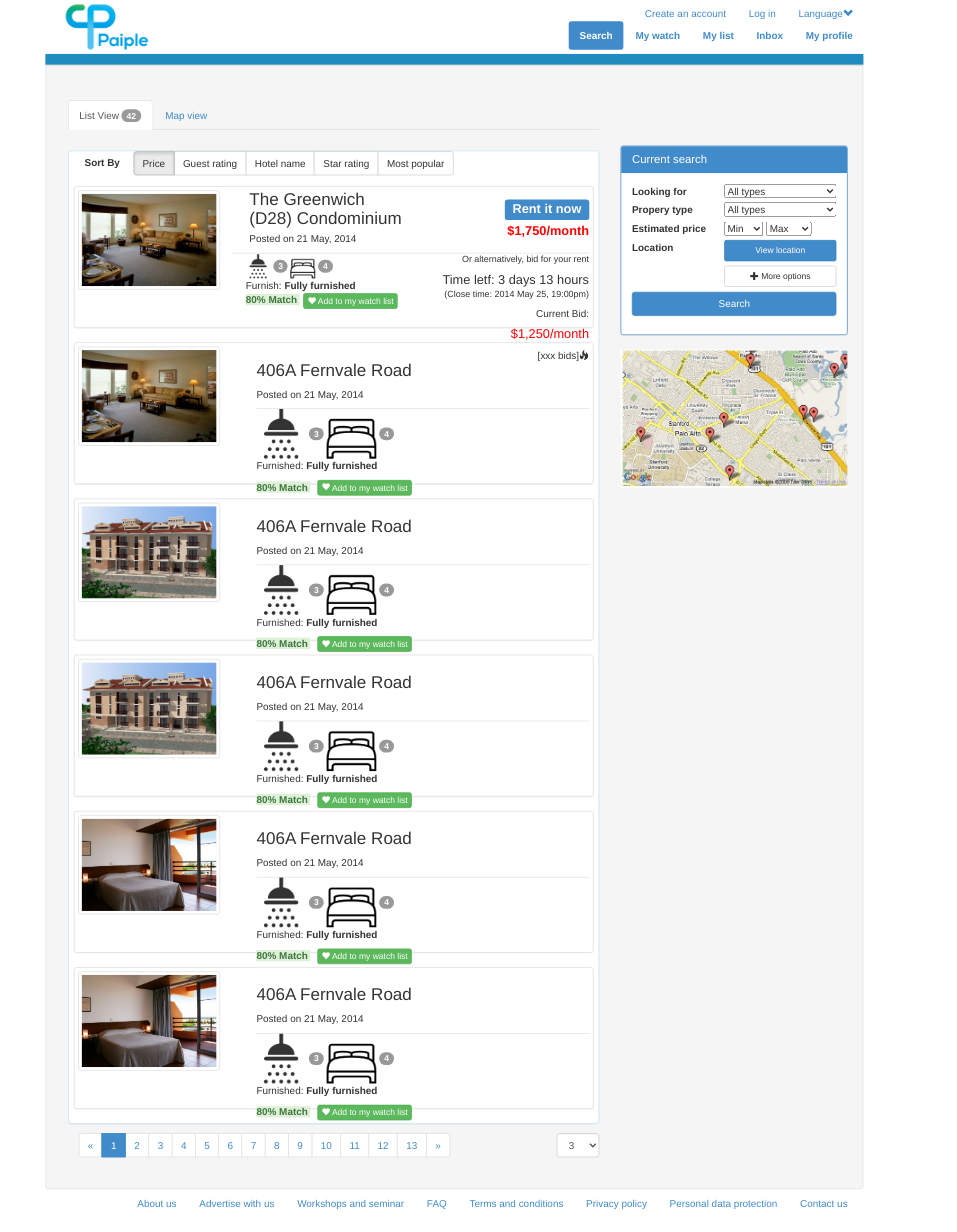
Repository: thytran142/Intern
Page: Internship/ListingPage.html
The author's editor kept a copy of each file at every save. The page is drawn from the files as they stood at one save, then again after the next save.
The browser window is 1280 px wide. The page is 1348 px wide, so the pictures cover 1348 px, including what lies to the right of the window. The pictures show the whole page, at 71% of full size.
Some web libraries are served in a nearby version.

Above is the page before, as saved 2014-05-23 05:37:00.

After the next save:
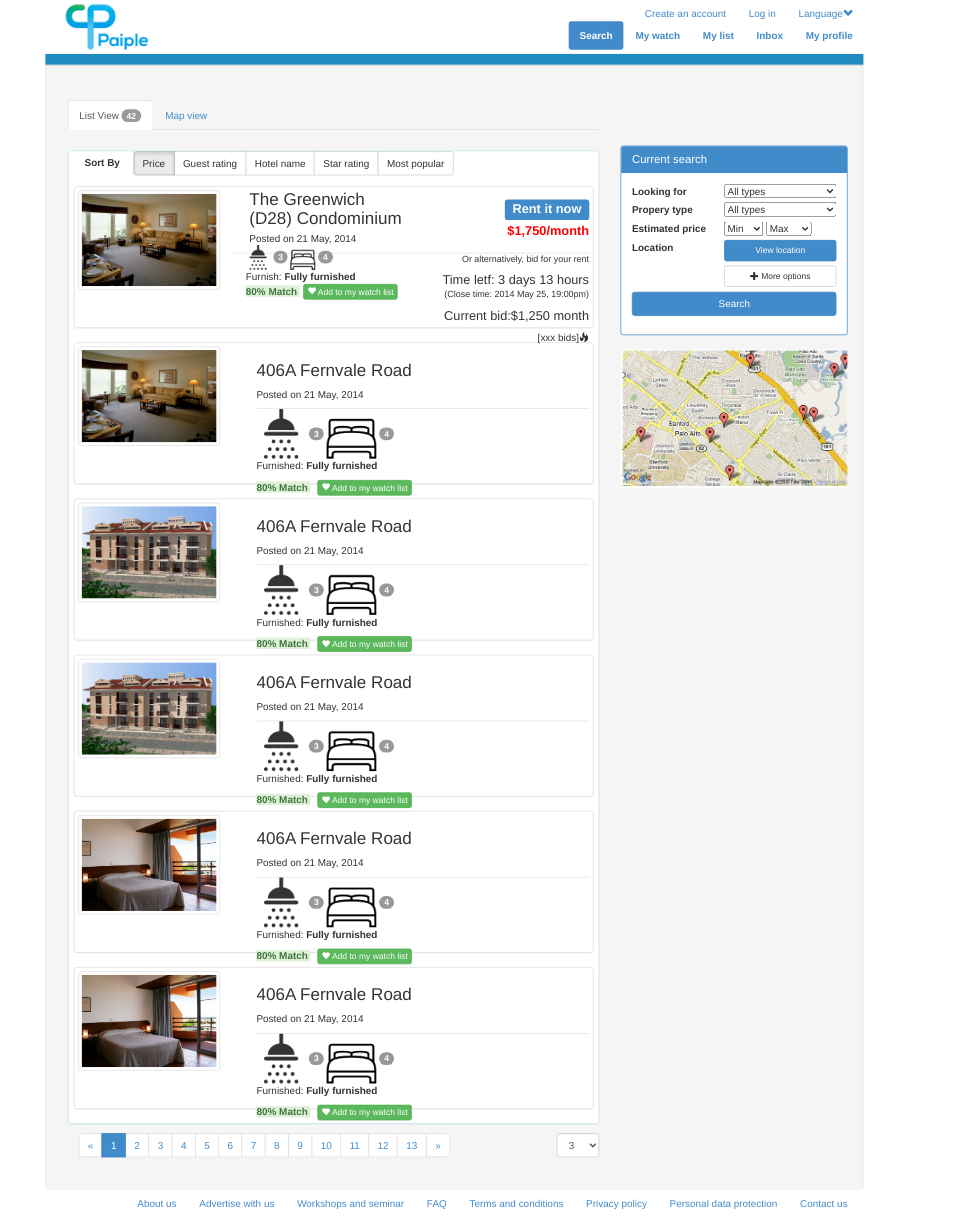
Saved 103 s later.
--- a/Internship/ListingPage.html
+++ b/Internship/ListingPage.html
@@ -182,7 +182,7 @@
 								<td style="text-align:right;"><div style="font-size:90%;">Or alternatively, bid for your rent</div>
 									<h4>Time letf: 3 days 13 hours</h4>
 									<div style="font-size:90%;margin-top:-3%;">(Close time: 2014 May 25, 19:00pm)</div>
-									<h5>Current Bid:</h5><h4 style="color:red">$1,250/month</h4>
+									<h4>Current bid:<style="font-weight:bold;color:red;">$1,250 month</style="font-weight:bold;color:red;"></h4>
 									<p>[xxx bids]<span class="glyphicon glyphicon-fire"></span></p>
 							</td>
 							</tr>
